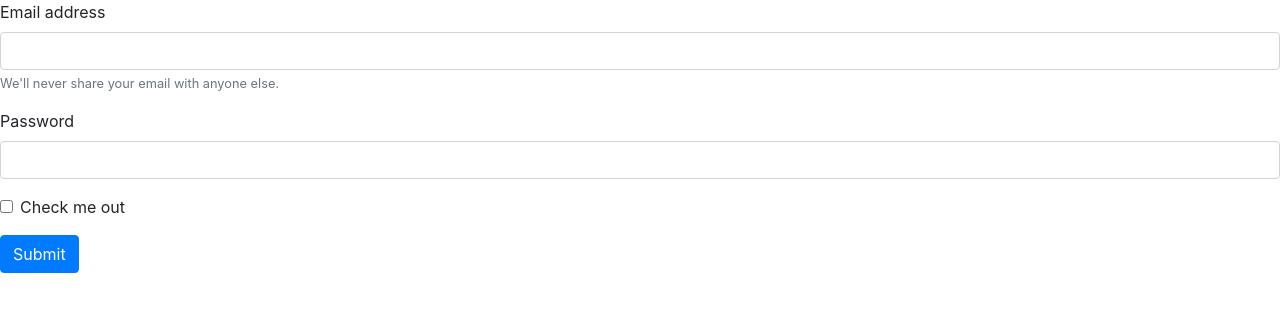
Repository: rnjsmj/homework
Page: http://localhost/homework/WEB-INF/views/member/login.jsp
The author's editor kept a copy of each file at every save. The page is drawn from the files as they stood at one save, then again after the next save.
The browser window is 1280 px wide. The pictures show the whole page.
The page is served by Tomcat 9. Nobody is signed in. Other server files are loaded and not shown. The template is opened directly, without the code that normally fills it, so the values that code supplies are empty.

Above is the page before, as saved 2024-06-22 19:57:40.

### homework/src/main/webapp/WEB-INF/views/member/login.jsp
<%@ page language="java" contentType="text/html; charset=UTF-8"
    pageEncoding="UTF-8"%>
<%@ taglib prefix="c" uri="http://java.sun.com/jsp/jstl/core" %>
<%@ taglib prefix="fmt" uri="http://java.sun.com/jsp/jstl/fmt" %>
<!DOCTYPE html>
<html>
<head>
<meta charset="UTF-8">
<title>HOMEWORK</title>
	<script src="https://ajax.googleapis.com/ajax/libs/jquery/3.7.1/jquery.min.js"></script>
    <link rel="stylesheet" href="https://maxcdn.bootstrapcdn.com/bootstrap/4.5.2/css/bootstrap.min.css">
    <script src="https://maxcdn.bootstrapcdn.com/bootstrap/4.5.2/js/bootstrap.min.js"></script>
<style>
	div {box-sizing:border-box;}

	.content {
            background-color:rgb(247, 245, 245);
            width:80%;
            margin:auto;
        }

</style>
</head>
<body>
	<div id="content">
		<div id="loginForm">
			<form>
			  <div class="form-group">
			    <label for="exampleInputEmail1">Email address</label>
			    <input type="email" class="form-control" id="exampleInputEmail1" aria-describedby="emailHelp">
			    <small id="emailHelp" class="form-text text-muted">We'll never share your email with anyone else.</small>
			  </div>
			  <div class="form-group">
			    <label for="exampleInputPassword1">Password</label>
			    <input type="password" class="form-control" id="exampleInputPassword1">
			  </div>
			  <div class="form-group form-check">
			    <input type="checkbox" class="form-check-input" id="exampleCheck1">
			    <label class="form-check-label" for="exampleCheck1">Check me out</label>
			  </div>
			  <button type="submit" class="btn btn-primary">Submit</button>
			</form>
		</div>
	</div>
</body>
</html>

After the next save:
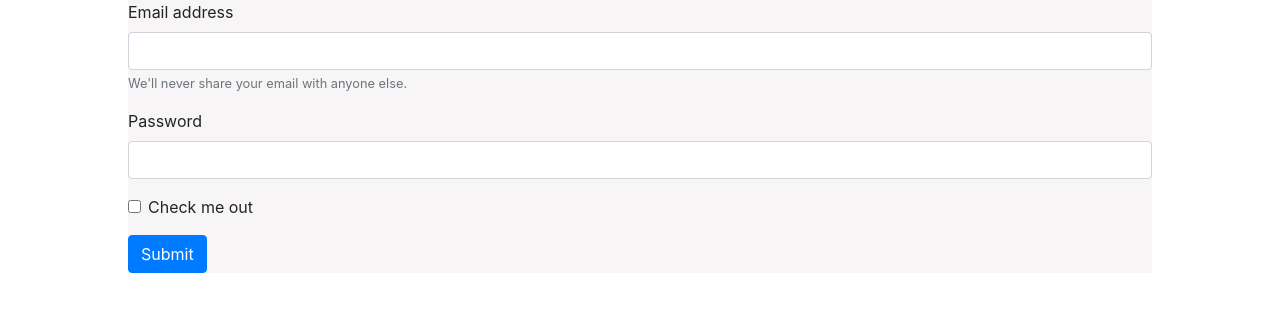
Saved 28 s later.
--- a/homework/src/main/webapp/WEB-INF/views/member/login.jsp
+++ b/homework/src/main/webapp/WEB-INF/views/member/login.jsp
@@ -13,7 +13,7 @@
 <style>
 	div {box-sizing:border-box;}
 
-	.content {
+	#content {
             background-color:rgb(247, 245, 245);
             width:80%;
             margin:auto;
